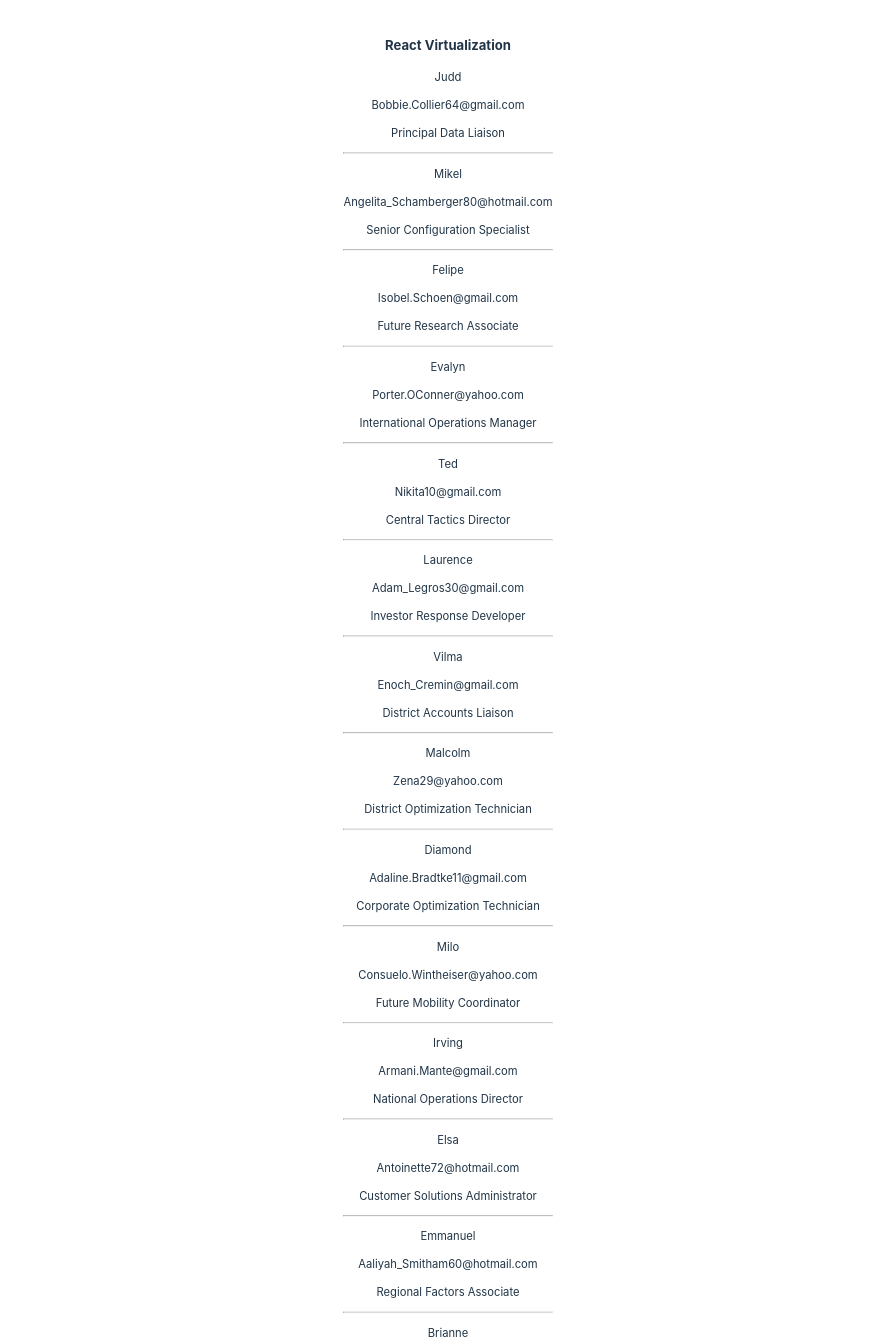
Repository: JasonMorta/React-Virtulized
Page: / (app in react-vitualization/)
These files come from the project's save history. The page is drawn as it stood at one moment and after the next save; the edit follows.
The browser window is 1280 px wide. The pictures show the part of the page from y = 0 to 1920 px (the page is 13922 px tall before and 13962 px after), at 70% of full size.
The project was rebuilt for these pictures with package versions that can differ from the ones it lists, and the page was loaded fresh each time. Also part of the build but not shown: react-vitualization/vite.config.ts.

Above is the page before, as saved 2024-05-10 15:56:01.

### react-vitualization/src/App.tsx
import { useEffect, useState } from 'react';
import { faker } from "@faker-js/faker";
import './App.css';
import {
  List,
  AutoSizer,
  CellMeasurer,
  CellMeasurerCache,
} from 'react-virtualized';

type Person = { id: number, name: string, email: string, job: string }



function App() {
  const [people, setPeople] = useState([] as Person[]);

  useEffect(() => {
    // Generate data array
    const data = [...Array(100).keys()].map((key) => ({
      id: key,
      name: faker.person.firstName(),
      email: faker.internet.email(),
      job: faker.person.jobTitle(),
    }));

    // Update state with the generated data
    setPeople(data);
  }, []);

  return (
    <>
      <div>
        <h3>React Virtualization</h3>
        {people.map((person:Person) => (
          <div key={person.id}>
            <p>{person.name}</p>
            <p>{person.email}</p>
            <p>{person.job}</p>
            <hr />
          </div>
        ))}
      </div>
    </>
  );
}

export default App;

Loaded but not shown: react-vitualization/index.html (common file); react-vitualization/src/main.tsx (common file); react-vitualization/src/index.css (common file); react-vitualization/src/App.css (common file)

After the next save:
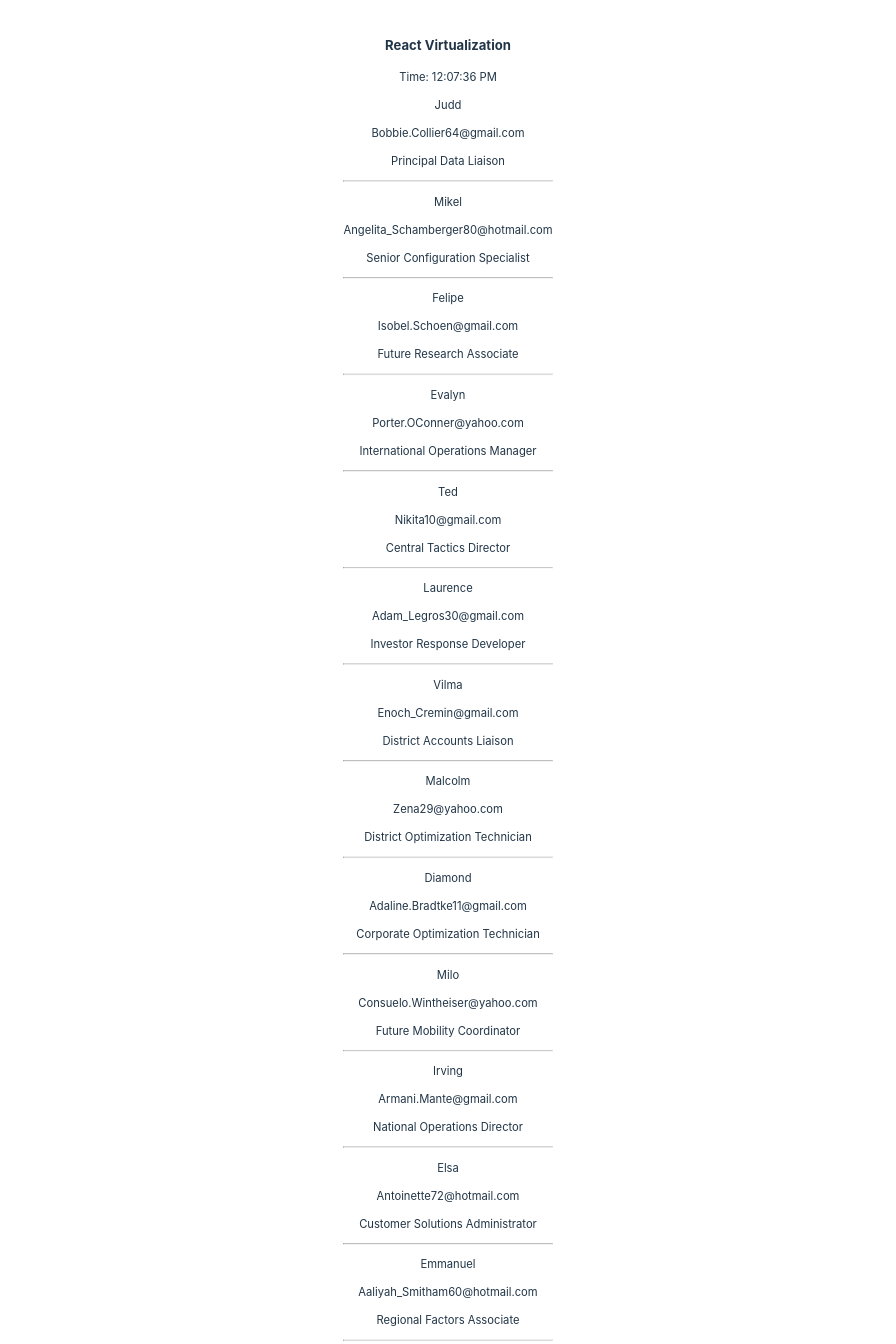
Saved 2 min 37 s later.
--- a/react-vitualization/src/App.tsx
+++ b/react-vitualization/src/App.tsx
@@ -14,6 +14,7 @@ type Person = { id: number, name: string, email: string, job: string }
 
 function App() {
   const [people, setPeople] = useState([] as Person[]);
+  const [time, setTime] = useState(new Date);
 
   useEffect(() => {
     // Generate data array
@@ -28,10 +29,23 @@ function App() {
     setPeople(data);
   }, []);
 
+
+  useEffect(() => {
+
+    // Update the time every second
+    const interval = setInterval(() => {
+      setTime(new Date);
+    }, 1000);
+
+    // Clear the interval when the component is unmounted
+    return () => clearInterval(interval);
+  }, []);
+
   return (
     <>
       <div>
         <h3>React Virtualization</h3>
+        <p>Time: {time.toLocaleTimeString()}</p>
         {people.map((person:Person) => (
           <div key={person.id}>
             <p>{person.name}</p>
